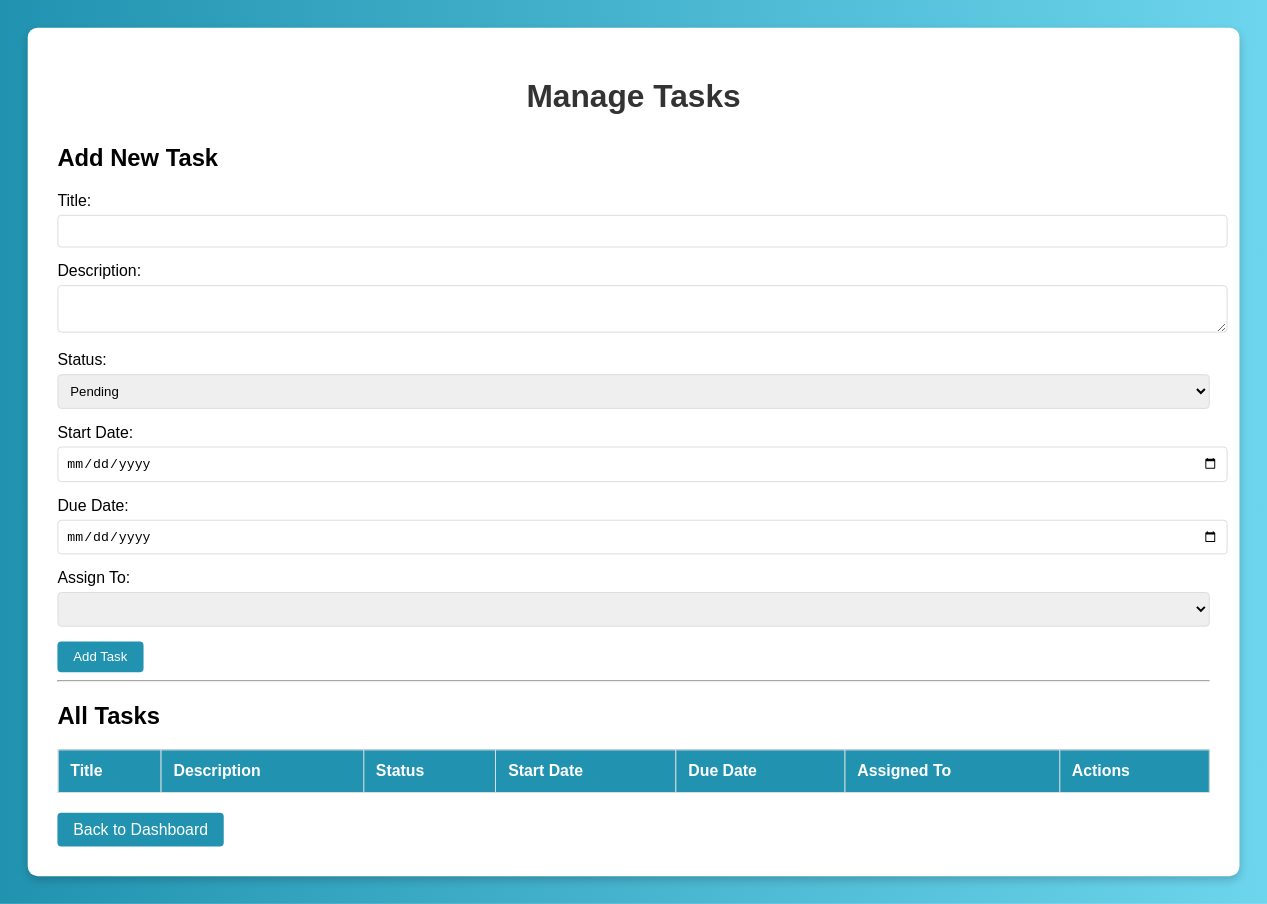
Repository: Yashagr5/WTraining
Page: http://localhost/admin/tasks
An editor plug-in stored every save of this project. The page is shown before and after the next save, followed by the edit.
The browser window is 1280 px wide. The pictures show the whole page, at 99% of full size.
The page is this project's Thymeleaf template; nobody is signed in. The template is opened directly, without the code that normally fills it, so the values that code supplies are empty.

Above is the page before, as saved 2025-09-01 18:08:42.

### SpringBoot/SpringBootWorkNest/src/main/resources/templates/admin/tasks.html
<!DOCTYPE html>
<html xmlns:th="http://www.thymeleaf.org">
<head>
    <title>Admin Tasks</title>
    <style>
        body {
            font-family: Arial, sans-serif;
            background: linear-gradient(to right, #2193b0, #6dd5ed);
            min-height: 100vh;
            padding: 20px;
        }
        .container {
            max-width: 1200px;
            margin: 0 auto;
            background: #fff;
            padding: 30px;
            border-radius: 10px;
            box-shadow: 0px 4px 10px rgba(0,0,0,0.2);
        }
        h1 {
            text-align: center;
            margin-bottom: 30px;
            color: #333;
        }
        table {
            width: 100%;
            border-collapse: collapse;
            margin-bottom: 20px;
        }
        th, td {
            padding: 12px;
            border: 1px solid #ddd;
            text-align: left;
        }
        th {
            background: #2193b0;
            color: #fff;
        }
        .btn {
            padding: 8px 16px;
            background: #2193b0;
            color: white;
            border: none;
            border-radius: 4px;
            cursor: pointer;
            text-decoration: none;
            display: inline-block;
        }
        .btn:hover {
            background: #176d7a;
        }
        .form-group {
            margin-bottom: 15px;
        }
        .form-group label {
            display: block;
            margin-bottom: 5px;
        }
        .form-group input,
        .form-group select,
        .form-group textarea {
            width: 100%;
            padding: 8px;
            border: 1px solid #ddd;
            border-radius: 4px;
        }
    </style>
</head>
<body>
    <div class="container">
        <h1>Manage Tasks</h1>

        <!-- Add Task Form -->
        <h2>Add New Task</h2>
        <form th:action="@{/admin/tasks/add}" method="post">
            <div class="form-group">
                <label>Title:</label>
                <input type="text" name="title" required>
            </div>
            <div class="form-group">
                <label>Description:</label>
                <textarea name="description" required></textarea>
            </div>
            <div class="form-group">
                <label>Status:</label>
                <select name="status" required>
                    <option value="PENDING">Pending</option>
                    <option value="IN_PROGRESS">In Progress</option>
                    <option value="COMPLETED">Completed</option>
                    <option value="DELAYED">Delayed</option>
                </select>
            </div>
            <div class="form-group">
                <label>Start Date:</label>
                <input type="date" name="startDate" required>
            </div>
            <div class="form-group">
                <label>Due Date:</label>
                <input type="date" name="dueDate" required>
            </div>
            <div class="form-group">
                <label>Assign To:</label>
                <select name="assignedUser" required>
                    <option th:each="user : ${users}"
                            th:value="${user.id}"
                            th:text="|${user.name} (${user.email})|">
                    </option>
                </select>
            </div>
            <button type="submit" class="btn">Add Task</button>
        </form>

        <hr>

        <!-- Tasks List -->
        <h2>All Tasks</h2>
        <table>
            <tr>
                <th>Title</th>
                <th>Description</th>
                <th>Status</th>
                <th>Start Date</th>
                <th>Due Date</th>
                <th>Assigned To</th>
                <th>Actions</th>
            </tr>
            <tr th:each="task : ${tasks}">
                <td th:text="${task.title}"></td>
                <td th:text="${task.description}"></td>
                <td th:text="${task.status}"></td>
                <td th:text="${task.startDate}"></td>
                <td th:text="${task.dueDate}"></td>
                <td th:text="${task.assignedUser != null ? task.assignedUser.name : 'Unassigned'}"></td>
                <td>
                    <a th:href="@{/admin/tasks/updateStatus(taskId=${task.id}, status='COMPLETED')}" class="btn">
                        Mark Completed
                    </a>
                </td>
            </tr>
        </table>

        <a th:href="@{/admin/dashboard}" class="btn">Back to Dashboard</a>
    </div>
</body>
</html>

After the next save:
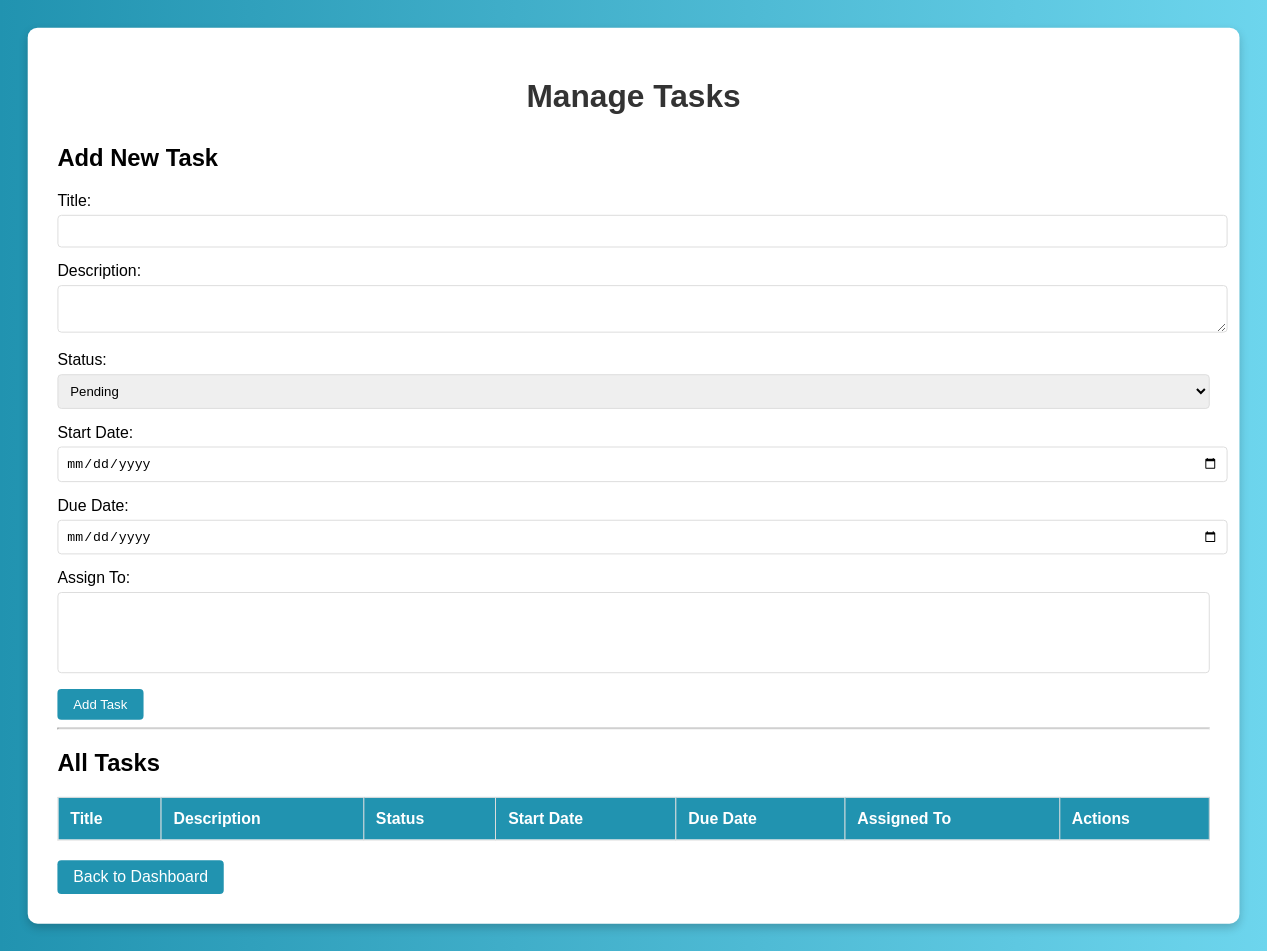
Saved 21 min 31 s later.
--- a/SpringBoot/SpringBootWorkNest/src/main/resources/templates/admin/tasks.html
+++ b/SpringBoot/SpringBootWorkNest/src/main/resources/templates/admin/tasks.html
@@ -100,7 +100,7 @@
             </div>
             <div class="form-group">
                 <label>Assign To:</label>
-                <select name="assignedUser" required>
+                <select name="assignedUser" multiple required>
                     <option th:each="user : ${users}"
                             th:value="${user.id}"
                             th:text="|${user.name} (${user.email})|">
